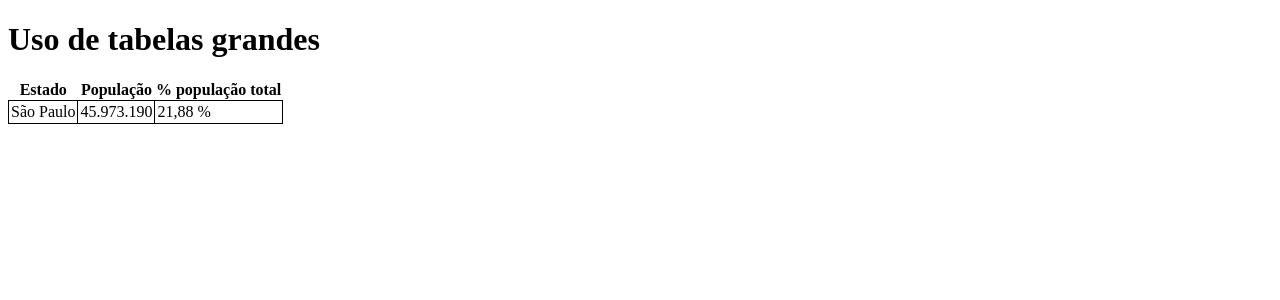
Repository: railsondev/html-css
Page: Módulo3/Exercicios/Ex02 - Tabelas/tabela002.html
These files come from the project's save history. The page is drawn as it stood at one moment and after a run of saves; the edit follows.
The browser window is 1280 px wide. The pictures show the whole page.

Above is the page before, as saved 2024-10-18 18:01:56.

After the next 3 saves:
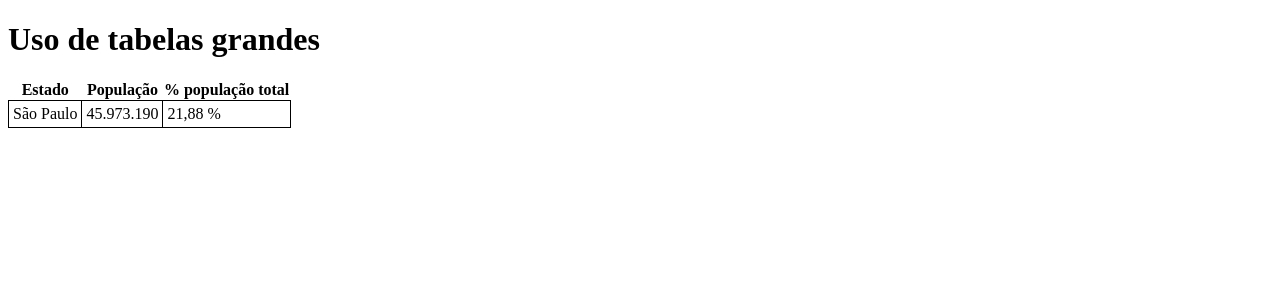
The 3 saves are shown as one change because they came seconds apart.
The last was saved 13 s later.
--- a/Módulo3/Exercicios/Ex02 - Tabelas/src/css/estilo01.css
+++ b/Módulo3/Exercicios/Ex02 - Tabelas/src/css/estilo01.css
@@ -9,5 +9,5 @@ table {
 }
 td {
   border: 1px solid black;
-  padding: 2px;
+  padding: 4px;
 }
